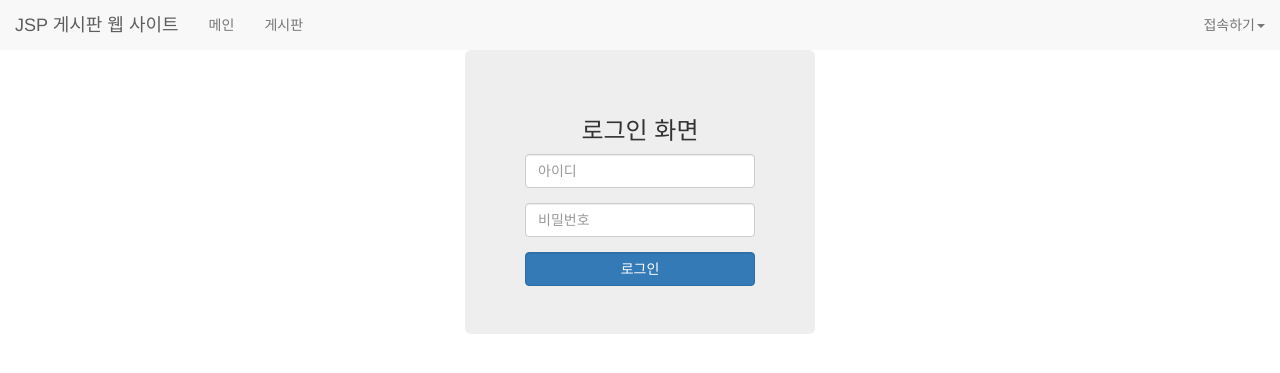
Repository: ehdgus0221/JAVA
Page: http://localhost/BBS/main.jsp
These files come from the project's save history. The page is drawn as it stood at one moment and after the next save; the edit follows.
The browser window is 1280 px wide. The pictures show the whole page.
Some web libraries are served in a nearby version. The page is served by Tomcat 9. Other server files are loaded and not shown.

Above is the page before, as saved 2022-12-24 05:07:37.

### Board-Basic/projects/BBS/src/main/webapp/main.jsp
<!-- 가장 많이 쓰이는 인코딩 UTF-8로 바꾸기, 한글,영어 둘다 지원 -->
<%@ page language="java" contentType="text/html; charset=UTF-8"
    pageEncoding="UTF-8"%>
 <%@ page import="java.io.PrintWriter" %>
<!DOCTYPE html>
<html>
<head>
<meta charset="UTF-8">
<!-- 반응형 웹에서 사용되는 meta 태그 사용 -->
<meta name="viewport" content="width=device-width", initial-scale="1">
<link rel="stylesheet" href="css/bootstrap.css">
<title>JSP 게시판 웹 사이트</title>
</head>
<body>
	<%
	//로그인을 한 사람은 userID변수에 값이 들어간다.
		String userID = null;
	if (session.getAttribute("userID") != null){
		userID=(String)session.getAttribute("userID");
	}
	%>
	<!-- 애니메이션 기능으로 script 태그 사용 -->
	<script src="https://code.jquery.com/jquery-3.1.1.min.js"></script>
	<script src="js/bootstrap.js"></script>
	<nav class="navbar-default">
		<div class="navbar-header">
			<button type="button" class="navbar-toggle collapsed"
				data-toggle="collapse" data-target="#bs-example-navbar-collapse-1"
				aria-expanded="false">
				<span class="icon-bar"></span>
				<span class="icon-bar"></span>
				<span class="icon-bar"></span>
			</button>
			<a class="navbar-brand" href="main.jsp">JSP 게시판 웹 사이트</a>
		</div>
		<div class="collapse navbar-collapse" id="bs-example-navbar-collapse-1">
			<ul class="nav navbar-nav">
				<li><a href="main.jsp">메인</a></li>
				<li><a href="main.jsp">게시판</a></li>
			</ul>
			<ul class="nav navbar-nav navbar-right">
				<li class="dropdown">
				<a href="#" class="dropdown-toggle"
					data-toggle="dropdown" role="button" aria-haspopup="true"
					aria-expanded="false">접속하기<span class="caret"></span></a>
					<ul class="dropdown-menu">
						<li class="active"><a href="login.jsp">로그인</a></li>
						<li><a href="join.jsp">회원가입</a></li>
					</ul>
				</li>
			</ul>
		</div>
	</nav>
	<!-- 회원가입 양식 -->
	<div class="container">
		<div class="col-lg-4"></div>
		<div class="col-lg-4">
			<div class="jumbotron" style="padding-top:2opx;">
				<form method="post" action="loginAction.jsp">
					<h3 style="text-align: center;">로그인 화면</h3>
					<div class="form-group">
						<input type="text" class="form-control" placeholder="아이디" name="userID" maxlength="20">
					</div>
					<div class="form-group">
						<input type="password" class="form-control" placeholder="비밀번호" name="userPassword" maxlength="20">
					</div>
					<input type="submit" class="btn btn-primary form-control" value="로그인">
				</form>
			</div>
		</div>
	</div>
</body>
</html>

Loaded but not shown: Board-Basic/projects/BBS/src/main/webapp/css/bootstrap.css (library); Board-Basic/projects/BBS/src/main/webapp/js/bootstrap.js (library)

After the next save:
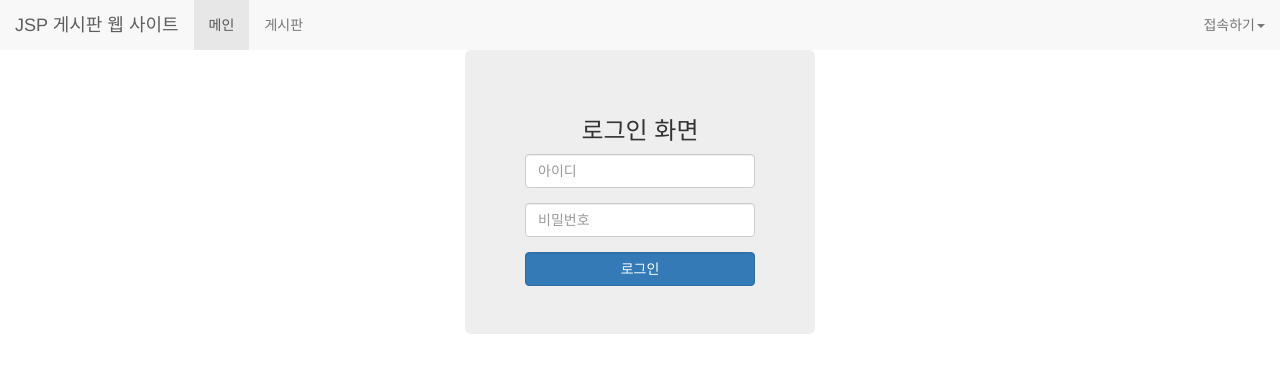
Saved 68 s later.
--- a/Board-Basic/projects/BBS/src/main/webapp/main.jsp
+++ b/Board-Basic/projects/BBS/src/main/webapp/main.jsp
@@ -35,8 +35,8 @@
 		</div>
 		<div class="collapse navbar-collapse" id="bs-example-navbar-collapse-1">
 			<ul class="nav navbar-nav">
-				<li><a href="main.jsp">메인</a></li>
-				<li><a href="main.jsp">게시판</a></li>
+				<li class="active"><a href="main.jsp">메인</a></li>
+				<li><a href="bbs.jsp">게시판</a></li>
 			</ul>
 			<ul class="nav navbar-nav navbar-right">
 				<li class="dropdown">
